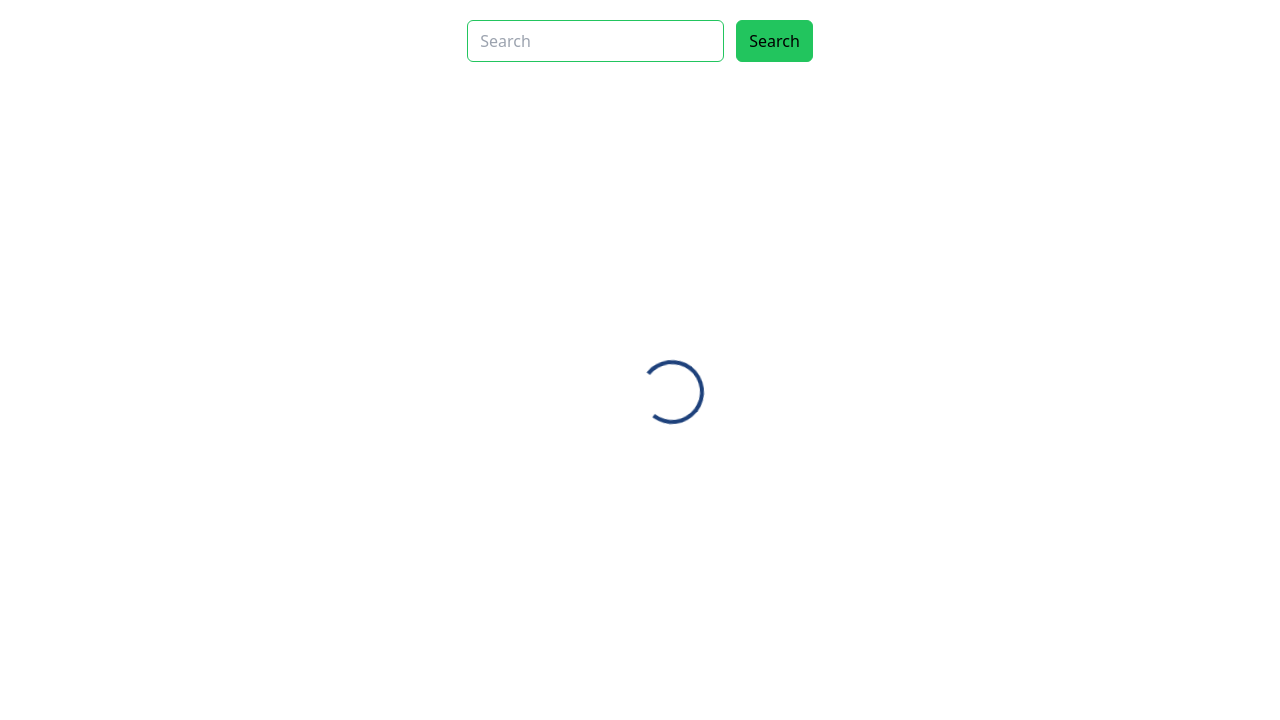
Repository: kimhieu153255/Image-search-app
Page: /
These files come from the project's save history. The page is drawn as it stood at one moment and after the next save; the edit follows.
The browser window is 1280 px wide. The pictures show the whole page.
The project was rebuilt for these pictures with package versions that can differ from the ones it lists, and the page was loaded fresh each time. Also part of the build but not shown: vite.config.js, src/Components/Button/Loadmore.jsx, src/Components/Card/Card.jsx.

Above is the page before, as saved 2023-10-26 20:23:02.

After the next save:
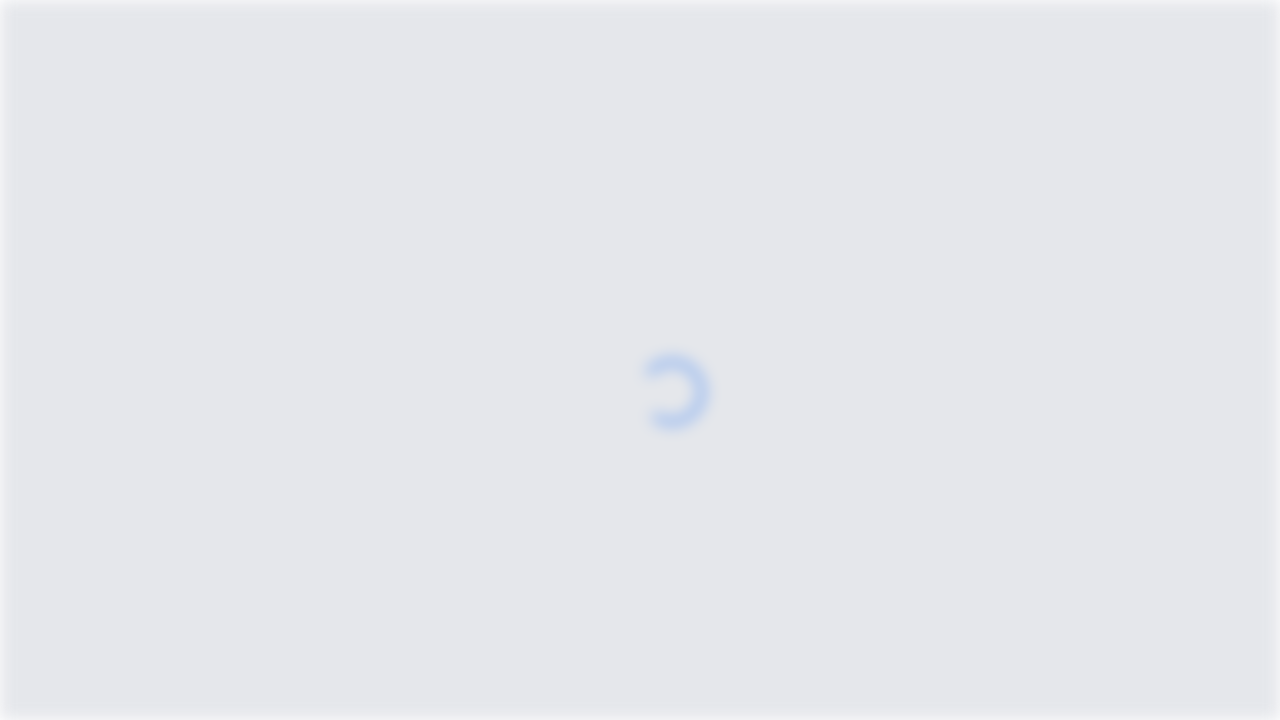
Saved 14 s later.
--- a/src/App.jsx
+++ b/src/App.jsx
@@ -13,7 +13,7 @@ function App() {
         <Loadmore></Loadmore>
       </div>
       {isLoading && (
-        <div className="inset-0 fixed  brightness-50">
+        <div className="inset-0 fixed bg-gray-200 blur">
           <div className="inline-block h-16 w-16 animate-spin rounded-full border-4 border-solid border-r-transparent align-[-0.125em] text-secondary motion-reduce:animate-[spin_1.5s_linear_infinite] border-blue-500 absolute top-1/2 left-1/2">
             <span className="!absolute !-m-px !h-px !w-px !overflow-hidden !whitespace-nowrap !border-0 !p-0 ![clip:rect(0,0,0,0)]"></span>
           </div>
